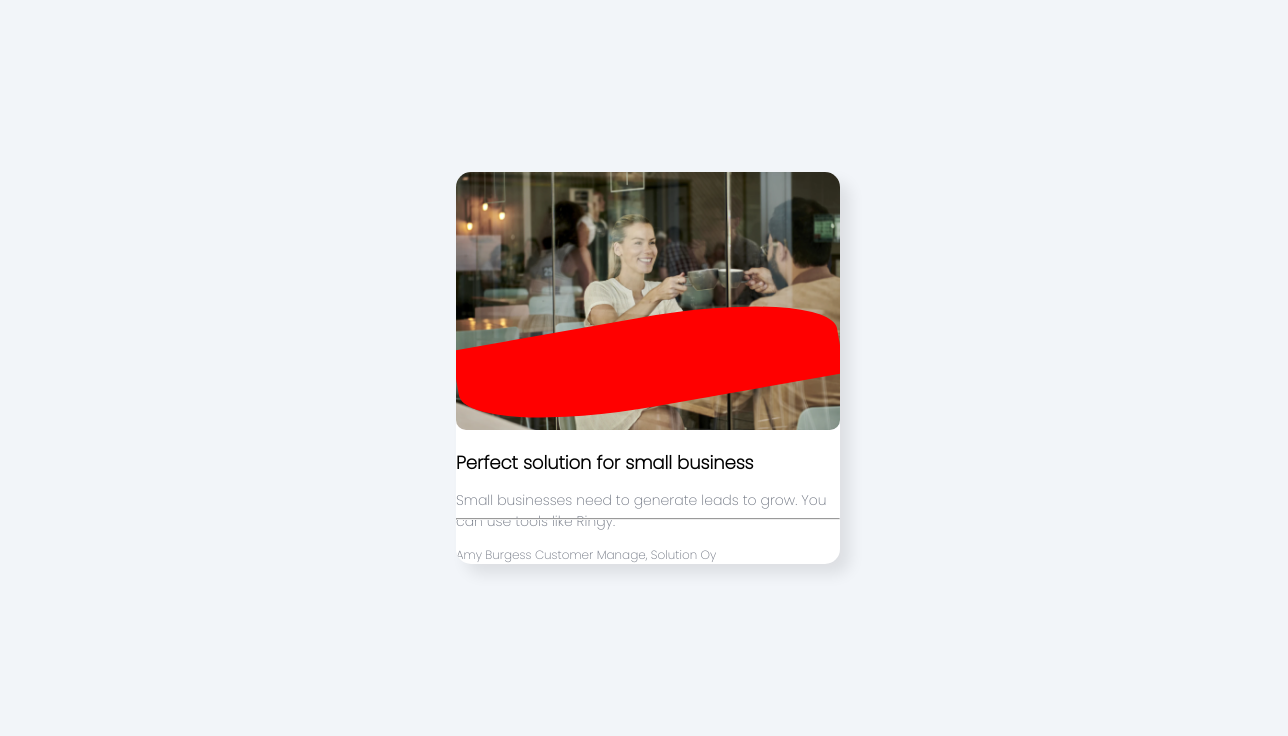
Repository: massndongo/business-blog-card
Page: index.html
An editor plug-in stored every save of this project. The page is shown before and after the next save, followed by the edit.
The browser window is 1280 px wide. The page is 1288 px wide, so the pictures cover 1288 px, including what lies to the right of the window. The pictures show the whole page.

Above is the page before, as saved 2023-11-08 04:11:04.

### index.html
<!DOCTYPE html>
<html lang="en">
<head>
    <meta charset="UTF-8">
    <meta name="viewport" content="width=device-width, initial-scale=1.0">
    <link rel="stylesheet" href="css/styles.css">
    <title>Responsive Web Developer Starter - devchallenges.io</title>
    <link rel="icon" href="images/favicon.ico" type="image/x-icon" sizes="any">
</head>
<body>
    <div class="card">
        <img src="images/hero-image-business-card.png" alt="" srcset="">
        <div class="wavy">
        </div>
        <h1 class="title">Perfect solution for small business</h1>
        <p class="corps">Small businesses need to generate leads to grow. You can use tools like Ringy.</p>
        <hr>
        <div class="small">
            <!-- <img src="images/avatar-image-business-card.png" alt="" srcset=""> -->
            <div>
                <span>Amy Burgess</span>
                <span>Customer Manage, Solution Oy</span>
            </div>
        </div>
    </div>
</body>
</html>

### css/styles.css
@import url('https://fonts.googleapis.com/css2?family=Poppins:wght@200&display=swa');

* {
    box-sizing: border-box;
    font-family: 'Poppins', sans-serif;
    overflow: hidden;
}

/* Add some styles for body*/
body {
    width: 100%;
    height: 100vh;
    background-color: #F2F5F9;
    display: flex;
    justify-content: center;
    align-items: center;

}

.card{
    position: relative;
    flex-direction: column;
    background-color: #FFFFFF;
    box-shadow: 10px 10px 15px 0px rgba(0, 0, 0, 0.09);
    width: 30%;
    height: auto;
    border-radius: 15px;
}
.card img{
    width: 100%;
    border-radius: 10px;
}
.wavy{
    height: 90px;
    background-color: red;
    border-radius: 0 50%;
    transform: rotate(-10deg);
    position: absolute;
    bottom: 40%;
    left: 0;
    right: 0;
}
.waveRight{
    height: 100px;
    width: 50%;
    background-color: green;
}
.waveLeft{
    height: 100px;
    width: 50%;
    background-color: blue;
}
.title{
    font-size: 18px;

}
.corps{
    font-size: 14px;

}
.small{
    position: relative;
    font-size: 12px;
}
.corps, .small, hr{
    color: #6C727F
}
hr{
    width: 100%;
    height: 1px;
    position: absolute;
    bottom: 9%;
    left: 0;
    right: 0;
    background-color: #6c727f85;
}

@media screen and (max-width: 768px) {
    .card {
        width: 90%;
    }
}

After the next save:
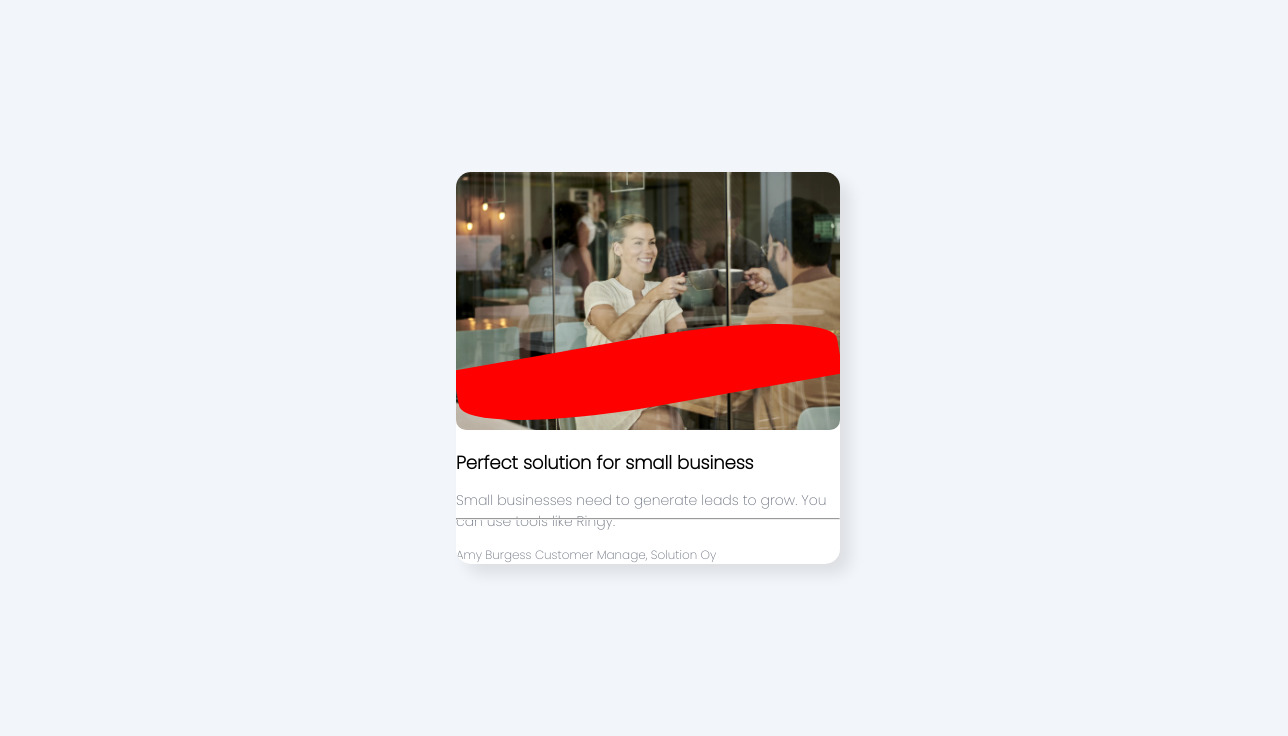
Saved 6 s later.
--- a/css/styles.css
+++ b/css/styles.css
@@ -31,7 +31,7 @@ body {
     border-radius: 10px;
 }
 .wavy{
-    height: 90px;
+    height: 70px;
     background-color: red;
     border-radius: 0 50%;
     transform: rotate(-10deg);
